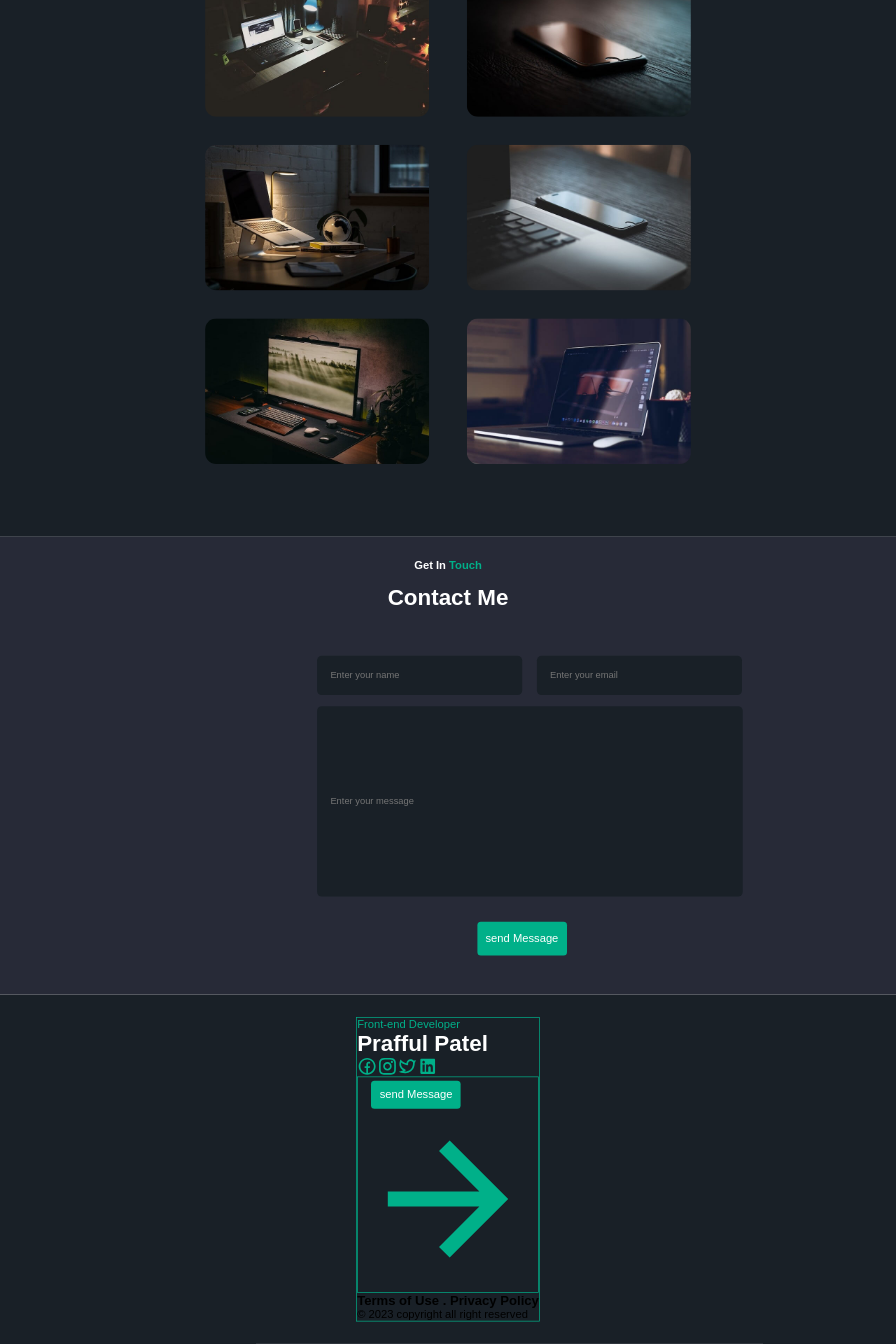
Repository: PraffulPatel27/Portfolio_2.0
Page: index.html
The author's editor kept a copy of each file at every save. The page is drawn from the files as they stood at one save, then again after a run of saves.
The browser window is 1280 px wide. The pictures show the part of the page from y = 2547 to 4467 px (the page is 4467 px tall before and 4349 px after), at 70% of full size.

Above is the page before, as saved 2024-01-02 21:08:11.

After the next 4 saves:
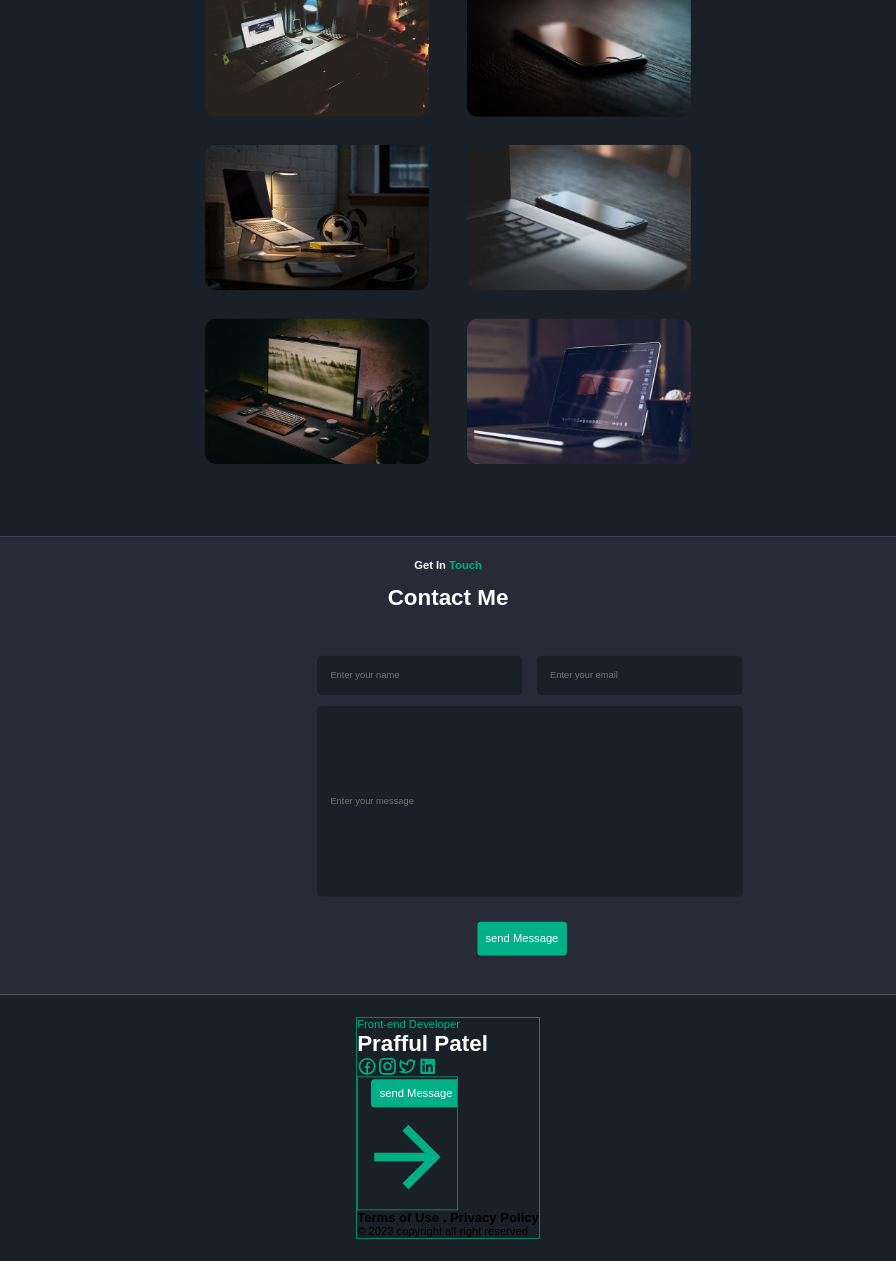
The 4 saves are shown as one change because they came seconds apart.
The last was saved 14 s later.
--- a/style.css
+++ b/style.css
@@ -475,7 +475,8 @@
     width: 7.2rem;
 }
 .combine-contact-btn {
-    border: 1px solid #00B089
+    border: 1px solid #00B089;
+    width: 9rem;
 }
 .footer-btn {
     width: 8rem;
